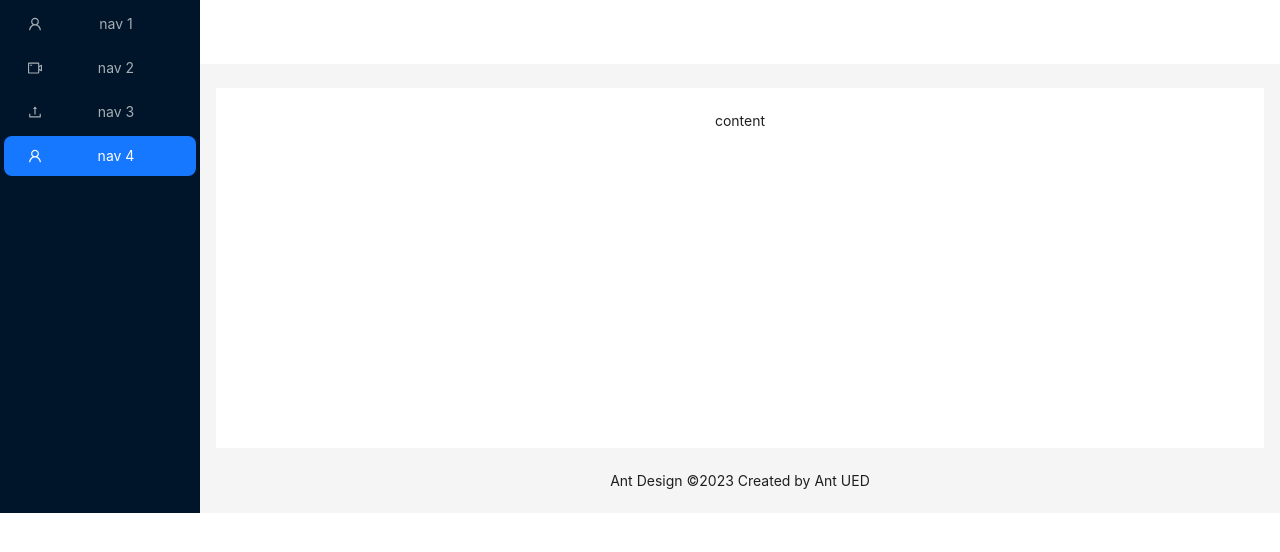
Repository: runner855/todolist_new
Page: /
These files come from the project's save history. The page is drawn as it stood at one moment and after the next save; the edit follows.
The browser window is 1280 px wide. The pictures show the whole page.
The project was rebuilt for these pictures with package versions that can differ from the ones it lists, and the page was loaded fresh each time.

Above is the page before, as saved 2023-03-19 16:10:16.

### src/index.tsx
import React from "react";
import ReactDOM from "react-dom/client";
import "./index.css";
import { App } from "./App";
import { BrowserRouter } from "react-router-dom";

const root = ReactDOM.createRoot(
  document.getElementById("root") as HTMLElement
);
root.render(
  <React.StrictMode>
    <BrowserRouter>
    <App />
    </BrowserRouter>
  </React.StrictMode>
);

### src/App.tsx
import React from 'react';
import './App.css';
import { NavBar } from './components/NavBar/NavBar';

export const App = () =>{
  return (
    <div className="App">
      <NavBar/>

    </div>
  );
}

### src/components/NavBar/NavBar.tsx
import React from 'react';

import { UploadOutlined, UserOutlined, VideoCameraOutlined } from '@ant-design/icons';
import { Layout, Menu, theme } from 'antd';

const { Header, Content, Footer, Sider } = Layout;

export const NavBar = () => {

  const {
    token: { colorBgContainer },
  } = theme.useToken();

  return (
      <Layout>
      <Sider
        breakpoint="lg"
        collapsedWidth="0"
        onBreakpoint={(broken) => {
          console.log(broken);
        }}
        onCollapse={(collapsed, type) => {
          console.log(collapsed, type);
        }}
      >
        <div className="logo" />
        <Menu
          theme="dark"
          mode="inline"
          defaultSelectedKeys={['4']}
          items={[UserOutlined, VideoCameraOutlined, UploadOutlined, UserOutlined].map(
            (icon, index) => ({
              key: String(index + 1),
              icon: React.createElement(icon),
              label: `nav ${index + 1}`,
            }),
          )}
        />
      </Sider>
      <Layout>
        <Header style={{ padding: 0, background: colorBgContainer }} />
        <Content style={{ margin: '24px 16px 0' }}>
          <div style={{ padding: 24, minHeight: 360, background: colorBgContainer }}>content</div>
        </Content>
        <Footer style={{ textAlign: 'center' }}>Ant Design ©2023 Created by Ant UED</Footer>
      </Layout>
    </Layout>
   );
}

Loaded but not shown: public/index.html (common file); src/index.css (common file); src/App.css (common file)

After the next save:
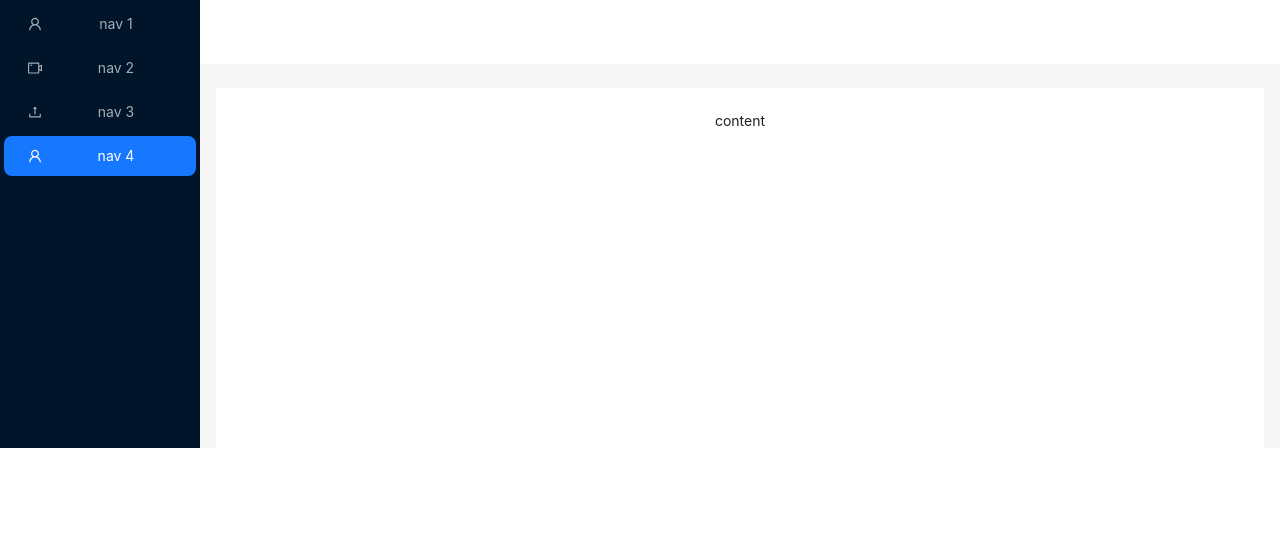
Saved 97 s later.
--- a/src/components/NavBar/NavBar.tsx
+++ b/src/components/NavBar/NavBar.tsx
@@ -42,7 +42,6 @@ export const NavBar = () => {
         <Content style={{ margin: '24px 16px 0' }}>
           <div style={{ padding: 24, minHeight: 360, background: colorBgContainer }}>content</div>
         </Content>
-        <Footer style={{ textAlign: 'center' }}>Ant Design ©2023 Created by Ant UED</Footer>
       </Layout>
     </Layout>
    );
